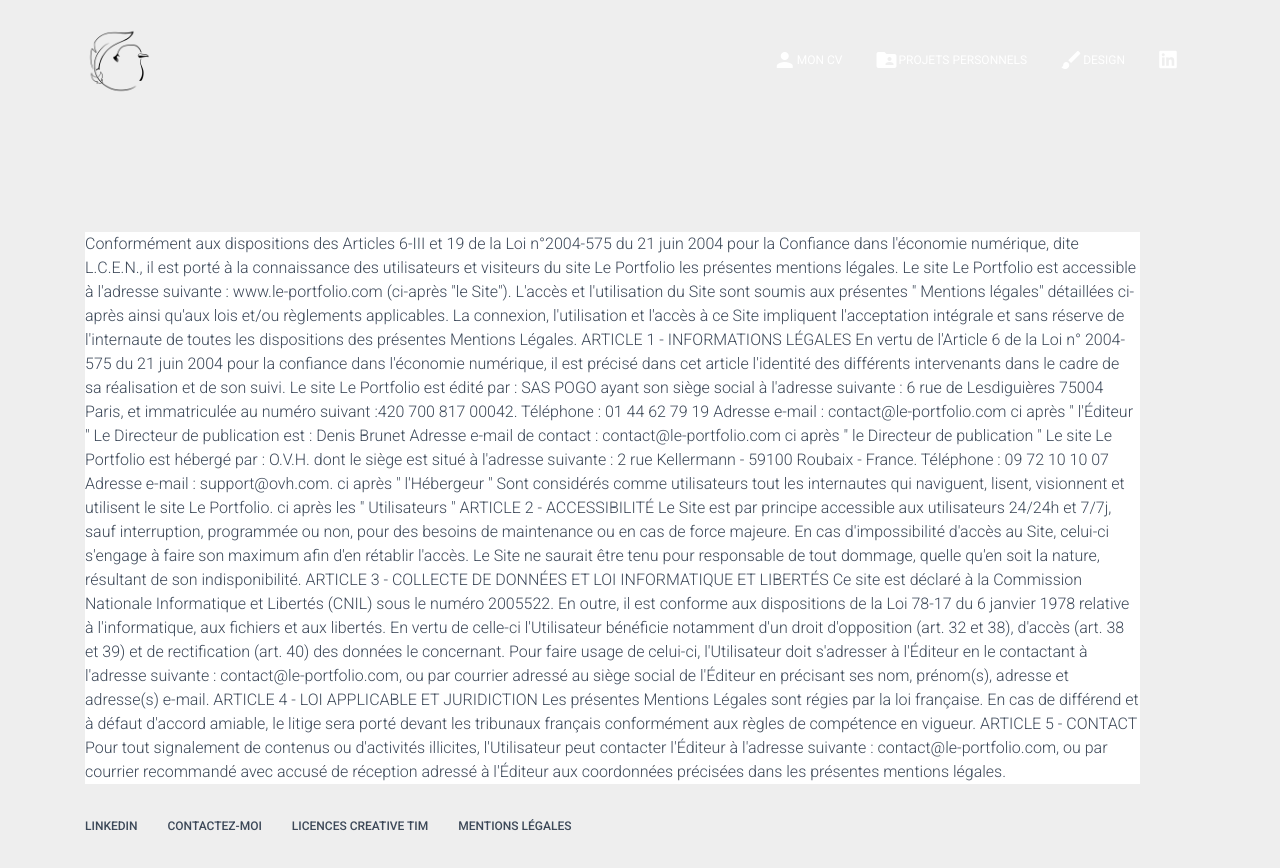
Repository: sdeschaepmeester/NewPortfolio
Page: /#/mentions
An editor plug-in stored every save of this project. The page is shown before and after the next save, followed by the edit.
The browser window is 1280 px wide. The pictures show the whole page.
Some web libraries are served in a nearby version. The project was rebuilt for these pictures with package versions that can differ from the ones it lists, and the page was loaded fresh each time. Also part of the build but not shown: vue.config.js, src/views/components/APropos.vue, src/views/components/NavigationSection.vue, src/views/components/SmallNavigationSection.vue, src/components/Dropdown.vue, src/components/Parallax.vue, src/components/Pagination.vue, src/components/Slider.vue and 14 more.

Above is the page before, as saved 2022-07-11 19:28:09.

After the next save:
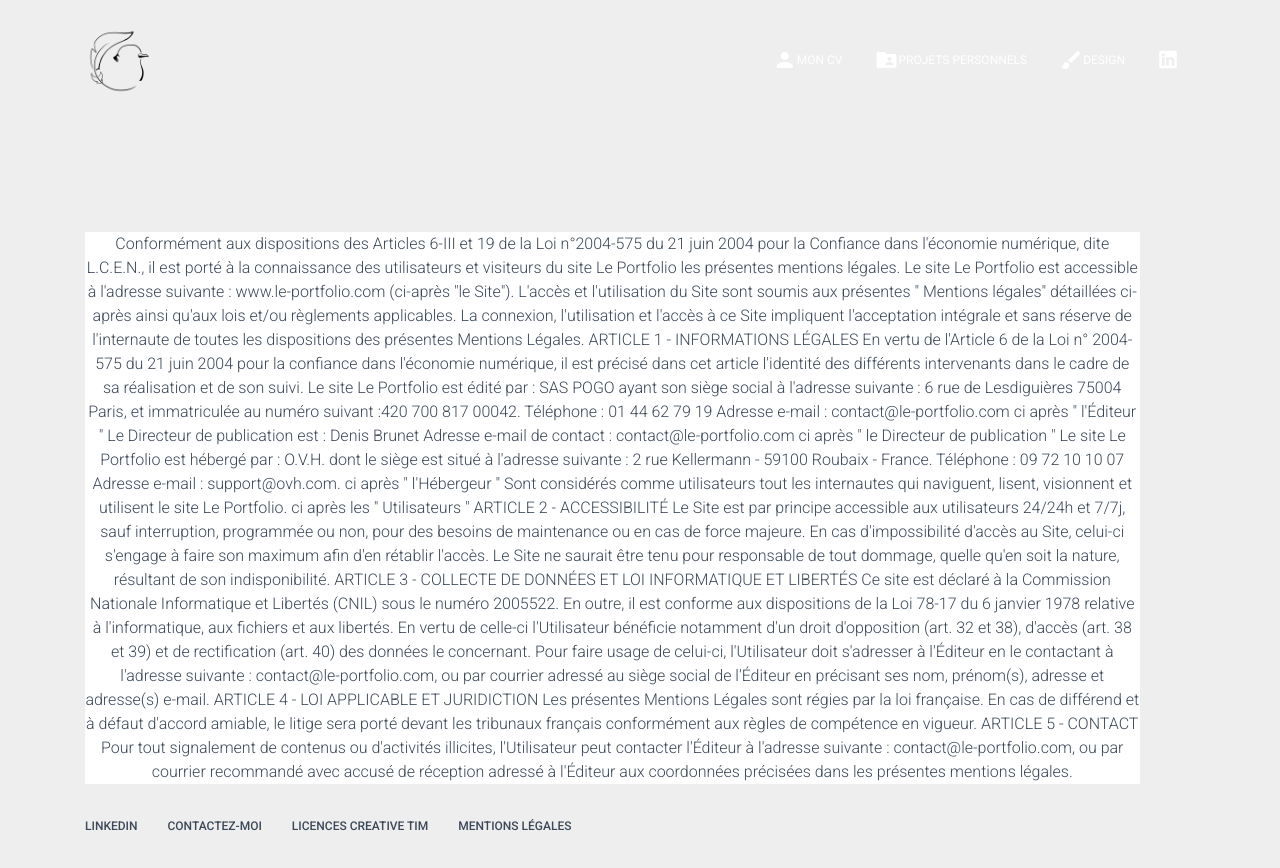
Saved 9 s later.
--- a/src/views/MentionsLegales.vue
+++ b/src/views/MentionsLegales.vue
@@ -13,7 +13,7 @@
               </div>
             </div>
           </div>
-          <div >
+          <div class="text-center">
             <div style="marginTop: 20%; backgroundColor: white; width: 95%">
 
 Conformément aux dispositions des Articles 6-III et 19 de la Loi n°2004-575 du 21 juin 2004 pour la Confiance dans l'économie numérique, dite L.C.E.N., il est porté à la connaissance des utilisateurs et visiteurs du site Le Portfolio les présentes mentions légales.
